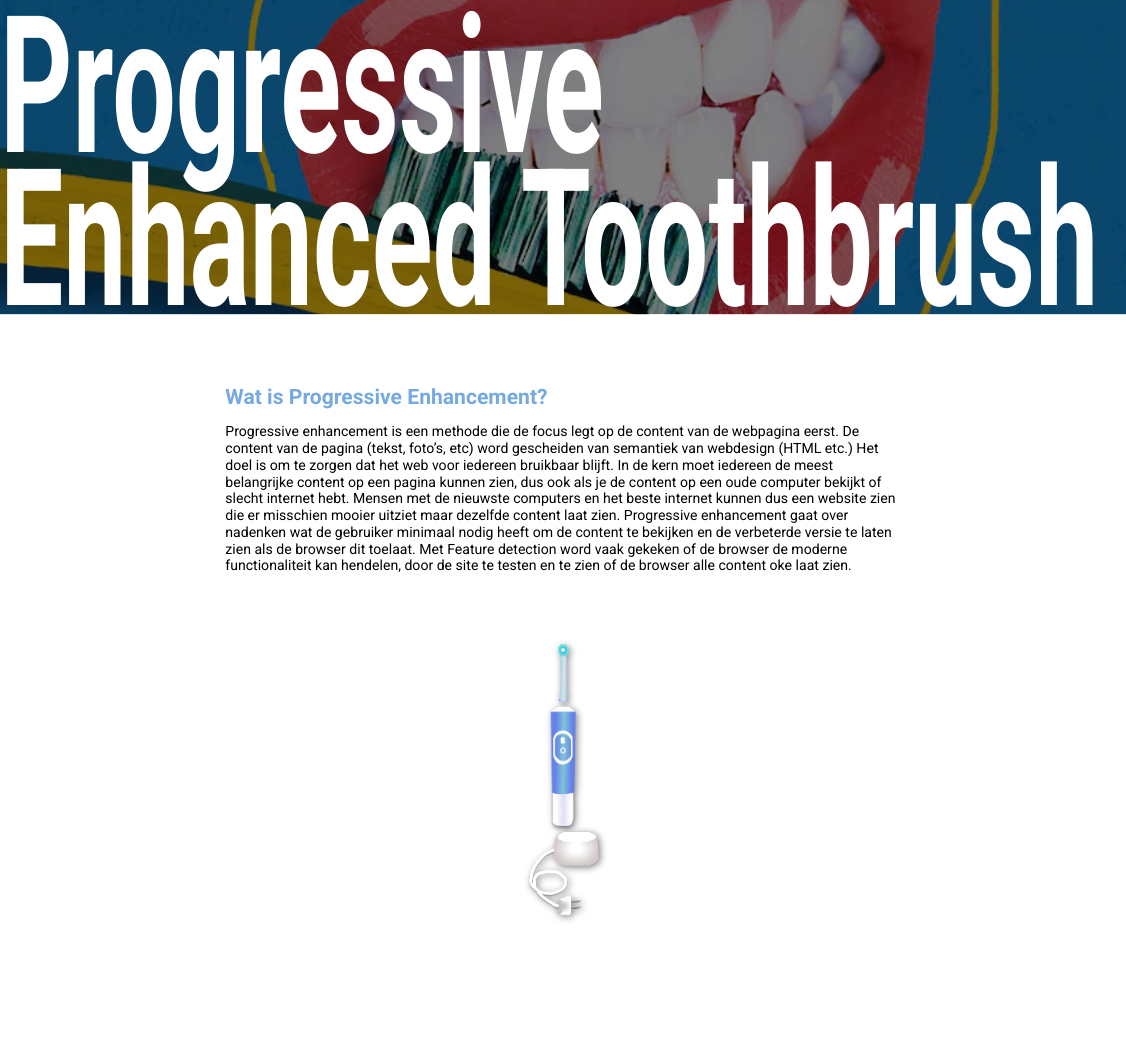
Repository: norakramer1/browser-technologies-2122
Page: progressive-enhanced-toothbrush-main/index.html
The author's editor kept a copy of each file at every save. The page is drawn from the files as they stood at one save, then again after the next save.
The browser window is 1280 px wide. The pictures show the whole page, at 88% of full size.

Above is the page before, as saved 2022-03-23 12:51:26.

### progressive-enhanced-toothbrush-main/index.html
<!DOCTYPE html>
<html lang="en">
<head>
    <meta charset="UTF-8">
    <meta http-equiv="X-UA-Compatible" content="IE=edge">
    <meta name="viewport" content="width=device-width, initial-scale=1.0">
    <title>Progressive Enhanced Toothbrush</title>
    <link rel="stylesheet" href="style.css">
    <link href="https://fonts.googleapis.com/css2?family=Roboto:ital,wght@0,100;0,300;0,400;0,500;0,700;0,900;1,100;1,300;1,400;1,500;1,700;1,900&display=swap" rel="stylesheet">
</head>
<body>
    <header>
        <h1>Progressive Enhanced Toothbrush</h1>
    </header>
    <main>
        <article>
            <h2>Wat is Progressive Enhancement?</h2>
            <p>Progressive enhancement is een methode die de focus legt
               op de content van de webpagina eerst. De content van de pagina (tekst, foto’s, etc)
               word gescheiden van semantiek van webdesign (HTML etc.) Het doel is om te zorgen dat het web voor iedereen bruikbaar blijft. In de kern moet iedereen de meest belangrijke
               content op een pagina kunnen zien, dus ook als je de content op een oude computer bekijkt of slecht internet hebt. Mensen met de nieuwste computers en het beste internet
               kunnen dus een website zien die er misschien mooier uitziet maar dezelfde content laat zien. Progressive enhancement gaat over nadenken wat de gebruiker minimaal nodig heeft
               om de content te bekijken en de verbeterde versie te laten zien als de browser dit toelaat.

               Met Feature detection word vaak gekeken of de browser de moderne functionaliteit kan hendelen, door de site te testen en te zien of de browser alle content oke laat zien.</p>
        </article>
        <article>
            <img src="img/opzetstukje.png" alt="Opzet stukje van tandenborstel">
            <img src="img/handvat.png" alt="Handvat van tandenborstel">
            <img src="img/lader.png" alt="Lader van tandenborstel">
        </article>
    </main>

    <script src="script.js"></script>
</body>
</html>

### progressive-enhanced-toothbrush-main/style.css
* {
    padding: 0;
    margin: 0;
    font-family: "Roboto", sans-serif;
}

header {
    background-image: linear-gradient(to bottom, rgba(0,0,0, .5), rgba(0,0,0, .5)),
    url('img/header.webp');
    background-size: cover;
    background-position: center;
    background-repeat: no-repeat;
    width: 100vw;
}

h1 {
    color: white;
    font-size: 10vw;
    transform: scaleY(1.7);
    line-height: .8;
    padding: 5rem 0 4.5rem 0;
}

main {
    padding: 5rem 20vw;
}

h2 {
    color: #75A9E1;
    margin-bottom: 1rem;
}

article {
    margin-bottom: 5rem;
}

article:nth-child(2) {
    display: flex;
    flex-direction: column;
    align-items: center;
    filter: drop-shadow(2px 2px 4px gray);
}

article:nth-child(2) img:first-child {
    width: .8rem;
}
article:nth-child(2) img:nth-child(2) {
    margin-top: 5px;
    width: 2rem;
}
article:nth-child(2) img:last-child {
    width: 5rem;
}

Loaded but not shown: progressive-enhanced-toothbrush-main/script.js (no stored copy; drawn as an empty file)

After the next save:
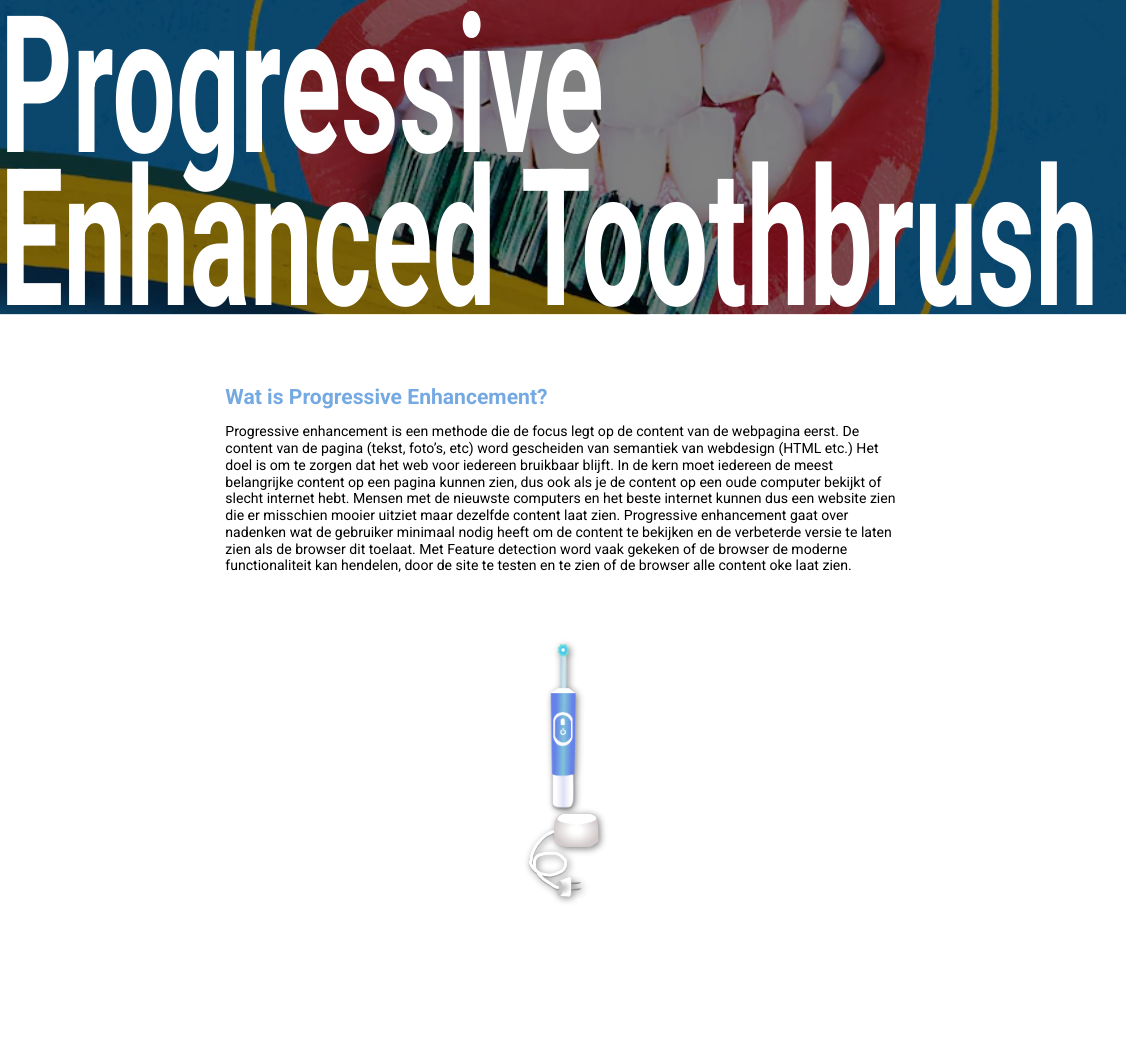
Saved 7 s later.
--- a/progressive-enhanced-toothbrush-main/style.css
+++ b/progressive-enhanced-toothbrush-main/style.css
@@ -45,7 +45,7 @@ article:nth-child(2) img:first-child {
     width: .8rem;
 }
 article:nth-child(2) img:nth-child(2) {
-    margin-top: 5px;
+    margin-top: -1rem;
     width: 2rem;
 }
 article:nth-child(2) img:last-child {
